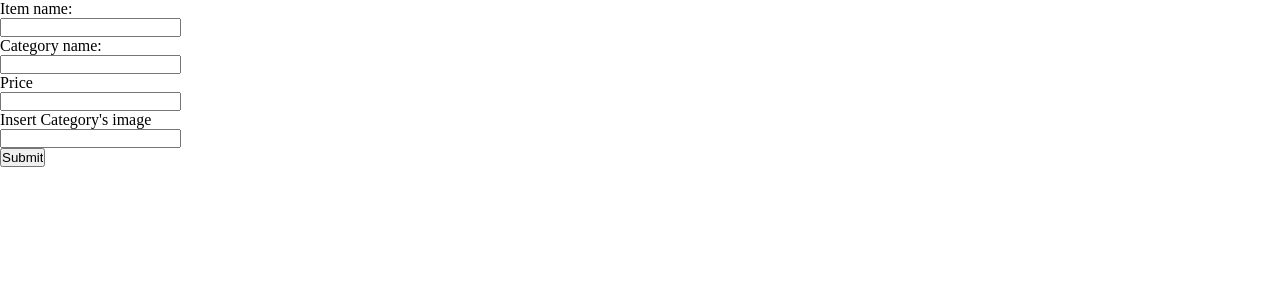
Repository: jatannoury/Ecommerce-Laravel-Electron
Page: Admin-electron/src/HTML/add_item.html
An editor plug-in stored every save of this project. The page is shown before and after a run of saves, followed by the edit.
The browser window is 1280 px wide. The pictures show the whole page.

Above is the page before, as saved 2022-06-10 22:09:07.

### Admin-electron/src/HTML/add_item.html
<!DOCTYPE html>
<html lang="en">

    <head>
        <meta charset="UTF-8">
        <link rel="stylesheet" href="CSS/styles.css">
        <title>Admin-Add_item</title>
    </head>

    <body>
        <form action="/action_page.php">
            <label for="item_name" id="item_name">Item name:</label><br>
            <input type="text" id="fname" name="fname" ><br>
            <label for="Category_name" id="Category_name">Category name:</label><br>
            <input type="text" id="fname" name="fname" ><br>
            <label for="price" id="price">Price</label><br>
            <input type="text" id="fname" name="fname" ><br>
            <label for="image" id="image">Insert Category's image</label><br>
            <input type="text" id="fname" name="fname" ><br>
            <input type="submit" value="Submit">

        </form>
    </body>
</html>

### Admin-electron/src/CSS/styles.css
*{
    padding: 0;
    margin: 0;
    box-sizing: border-box;
}
.box-1, .box-2{
    padding:5% 5% 5% 5%;
    margin-left:0% ;
    margin-top: 20%;
    border-radius: 20px;
}

.box-1{
    margin-left: 30%;
}

.box-2{
    margin-left: 5%;
}

 .box-2:hover, .box-1:hover{
    border-color: red;
}

/* .box-1:hover{
    border-color: red;
} */

After the next 2 saves:
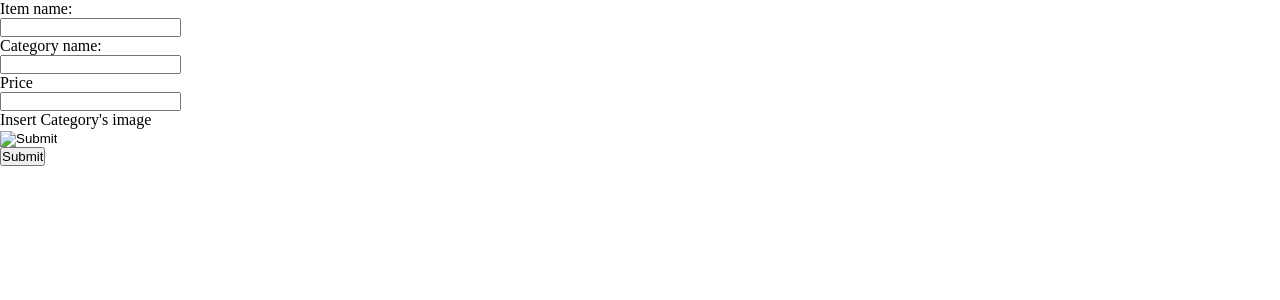
The 2 saves are shown as one change because they came seconds apart.
The last was saved 7 s later.
--- a/Admin-electron/src/HTML/add_item.html
+++ b/Admin-electron/src/HTML/add_item.html
@@ -16,7 +16,7 @@
             <label for="price" id="price">Price</label><br>
             <input type="text" id="fname" name="fname" ><br>
             <label for="image" id="image">Insert Category's image</label><br>
-            <input type="text" id="fname" name="fname" ><br>
+            <input type="image" id="fname" name="fname" ><br>
             <input type="submit" value="Submit">
 
         </form>
